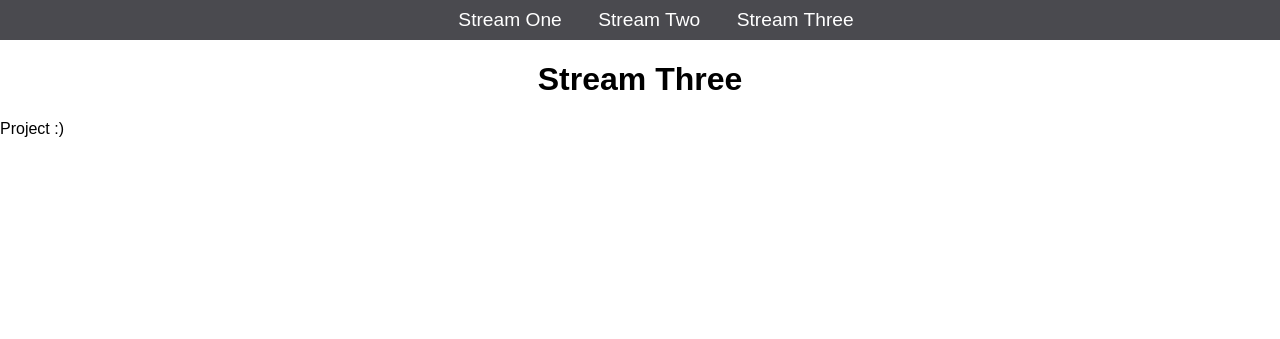
Repository: mark-joyce/my-first-website
Page: Stream-three.html
The author's editor kept a record of every edit. The page is drawn from the files as they stood at one moment, then again after the next edit.
The browser window is 1280 px wide. The pictures show the whole page.

Above is the page before.

### Stream-three.html
<html>

    <head>
        <title>Hello World</title>
        <link rel="stylesheet" href="css/style.css" type="text/css" />
    </head>

    <body>

        <nav>
            <ul>
                <li><a href="Stream-one.html">Stream One</a></li>
                <li><a href="Stream-two.html">Stream Two</a></li>
                <li><a href="Stream-three.html">Stream Three</a></li>
            </ul>
        </nav>

        <h1>Stream Three</h1>
        <p>Project :)</p>

    </body>

</html>

### css/style.css
body {
  margin: 0;
  padding: 0;
  font-family: 'Oswald', sans-serif;
}

nav ul {
  list-style: none;
  background-color: #4a4a4f;
  text-align: center;
  padding: 0;
  margin: 0;
}

nav li {
  font-size: 1.2em;
  line-height: 40px;
  height: 40px;
  display: inline-block;
  margin-left: 2.5%;
}

nav a {
  text-decoration: none;
  color: #fff;
  display: block;
}

nav a:hover {
  background-color: #fff;
  color: #4a4a4f;
}

h1 {
  text-align: center;
}

.card {
    float: left;
    width: 30%;
    margin-left: 15%;
    max-width: 260px;
    min-width: 150px;
}

.card a {
    text-align: center;
}

img {
    width: 100%;
    height: 180px;
}

After the next edit:
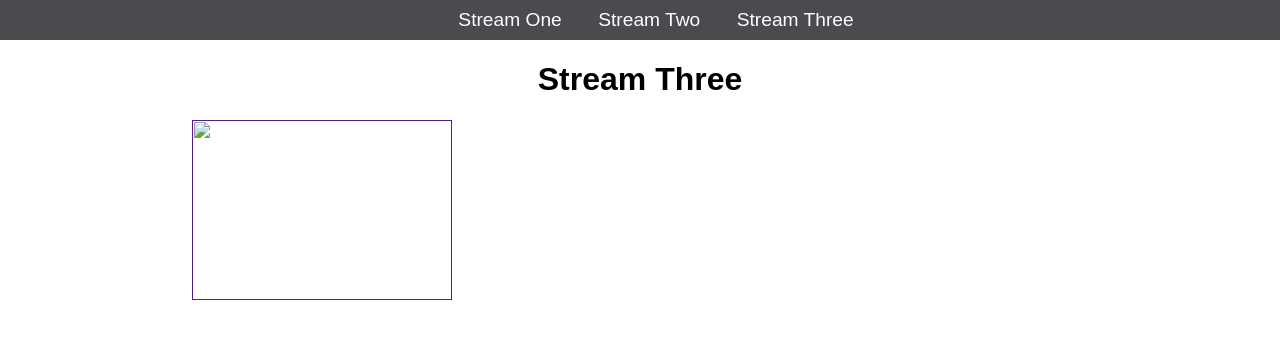
The edit:
--- a/Stream-three.html
+++ b/Stream-three.html
@@ -16,7 +16,12 @@
         </nav>
 
         <h1>Stream Three</h1>
-        <p>Project :)</p>
+        <div class="card">
+            <a href="">
+                <img src=""></img>
+                <h2></h2>
+            </a>
+        </div>
 
     </body>
 
